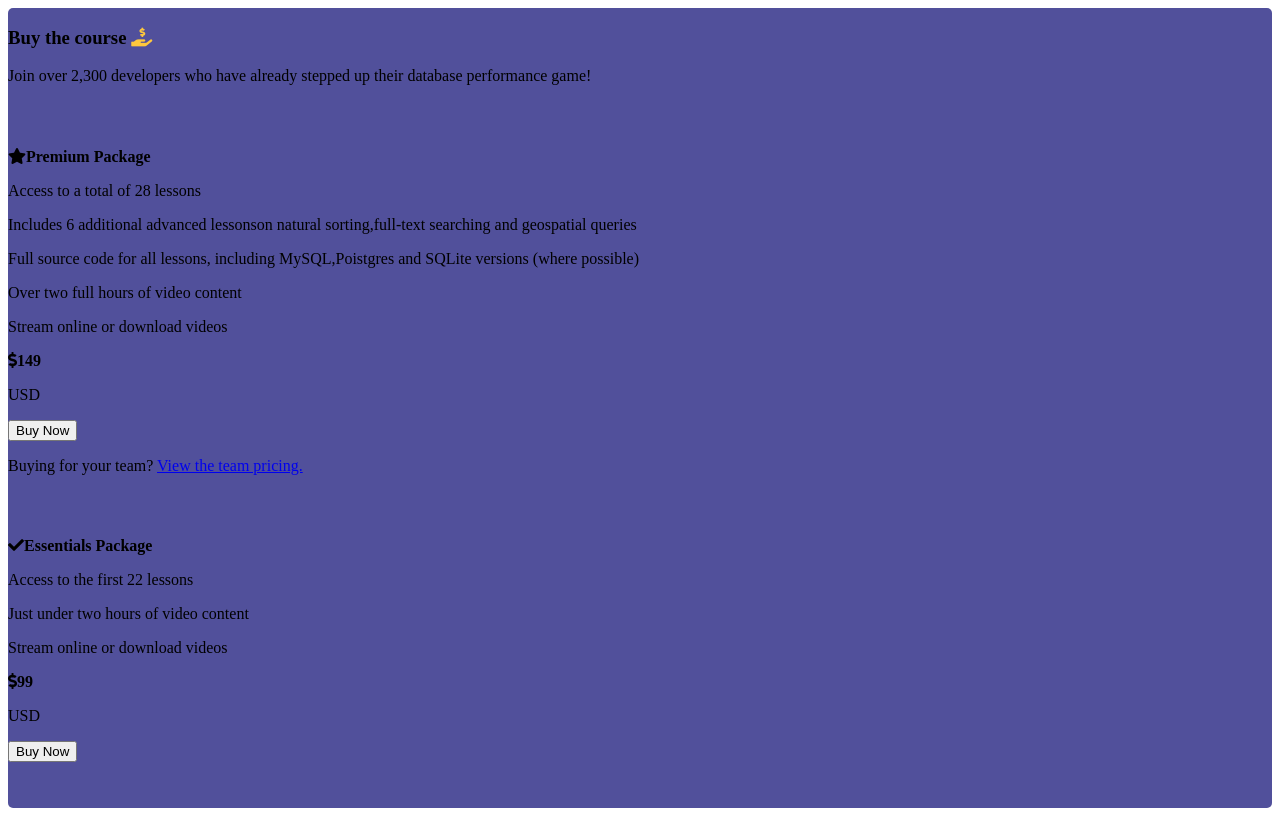
Repository: Z-ayat/Challenges
Page: Challenge 4/index.html
These files come from the project's save history. The page is drawn as it stood at one moment and after the next save; the edit follows.
The browser window is 1280 px wide. The pictures show the whole page.

Above is the page before, as saved 2021-09-07 00:37:54.

### Challenge 4/index.html
<!DOCTYPE html>

<head>
    <meta charset="UTF-8">
    <title>Course Offer Box</title>
    <link rel="stylesheet" href="styling/css/master.css">
    <link rel="stylesheet" href="styling/css/all.min.css">
    <link rel="preconnect" href="https://fonts.googleapis.com">
    <link rel="preconnect" href="https://fonts.gstatic.com" crossorigin>
    <link href="https://fonts.googleapis.com/css2?family=Cairo:wght@400;600;700;900&display=swap" rel="stylesheet">
</head>
<style>
    * {
        box-sizing: border-box;
    }

    body {
        position: relative;
        height: 800px;
    }

    .container {
        position: absolute;
        top: 50%;
        left: 50%;
        transform: translate(-50%, -50%);
        background-color: #51509B;
        width: 100%;
        height: 100%;
        display: grid;
        border-radius: 5px;
    }
</style>

<body>
    <div class="container">
        <div class="layout">
            <h3>Buy the course <i class="fas fa-hand-holding-usd" style="color: #FFC83D;"></i></h3>
            <p class="join">Join over 2,300 developers who have already stepped up their database performance game!</p>
        </div>
        <div class="prem-pack">
            <i class="fas fa-star">Premium Package</i>
            <p class="specs">Access to a total of 28 lessons</p>
            <p class="specs"><span class="import">Includes 6 additional advanced lessons</span>on natural sorting,full-text searching and geospatial queries</p>
            <p class="specs"><span class="import"> Full source code for all lessons, including MySQL,Poistgres and SQLite versions (where possible)</span></p>
            <p class="specs">Over two full hours of video content</p>
            <p class="specs">Stream online or download videos</p>
            <i class="fas fa-dollar-sign">149</i>
            <p class="usd">USD</p>
            <button>Buy Now</button>
            <p>Buying for your team? <a href="#">View the team pricing.</a></p>
        </div>
        <div class="ess-pack">
            <i class="fas fa-check">Essentials Package</i>
            <p class="specs"><span class="import">Access to the first 22 lessons</span></p>
            <p class="specs">Just under two hours of video content</p>
            <p class="specs">Stream online or download videos</p>
            <i class="fas fa-dollar-sign">99</i>
            <p class="usd">USD</p>
            <button>Buy Now</button>
        </div>
    </div>
</body>

</html>

Loaded but not shown: Challenge 4/styling/css/all.min.css (library); Challenge 4/styling/css/master.css (no stored copy; drawn as an empty file)

After the next save:
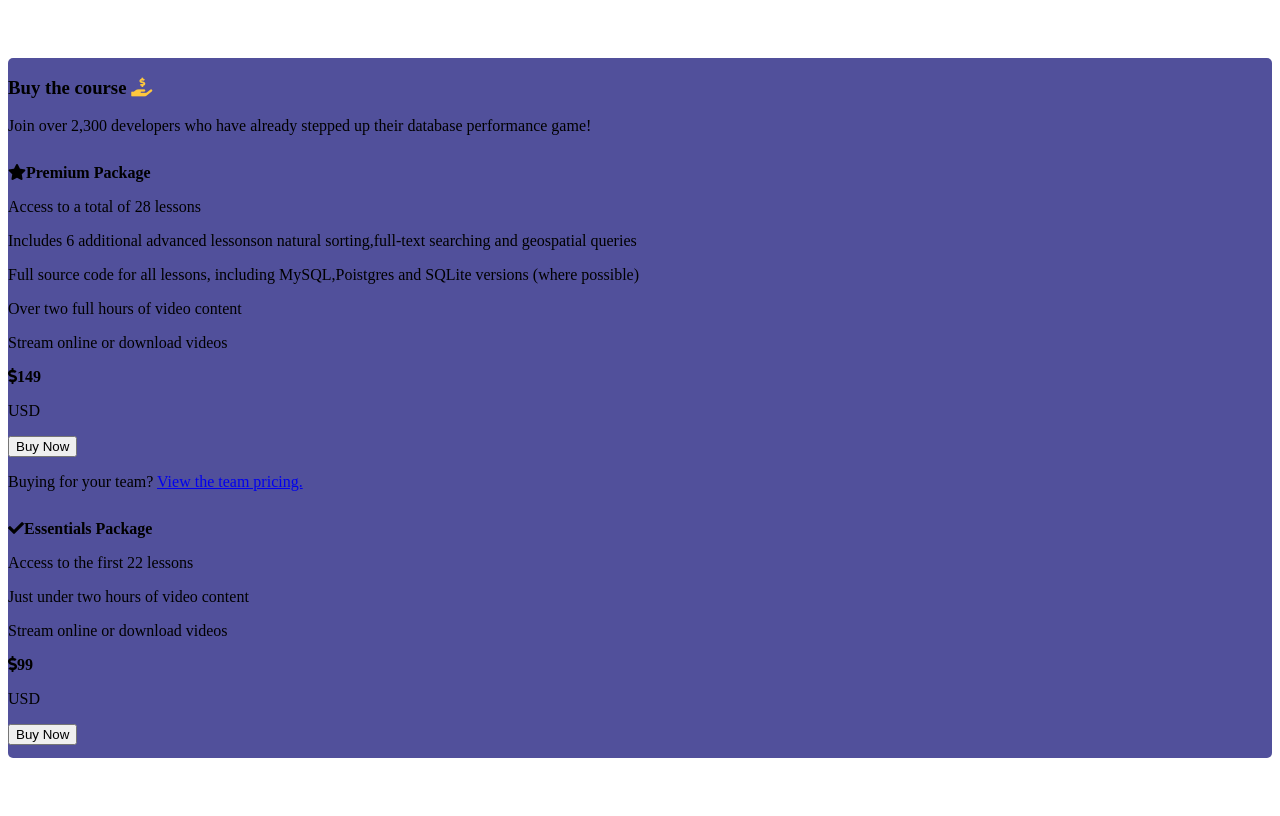
Saved 8 s later.
--- a/Challenge 4/index.html
+++ b/Challenge 4/index.html
@@ -26,7 +26,7 @@
         transform: translate(-50%, -50%);
         background-color: #51509B;
         width: 100%;
-        height: 100%;
+        height: 700px;
         display: grid;
         border-radius: 5px;
     }
